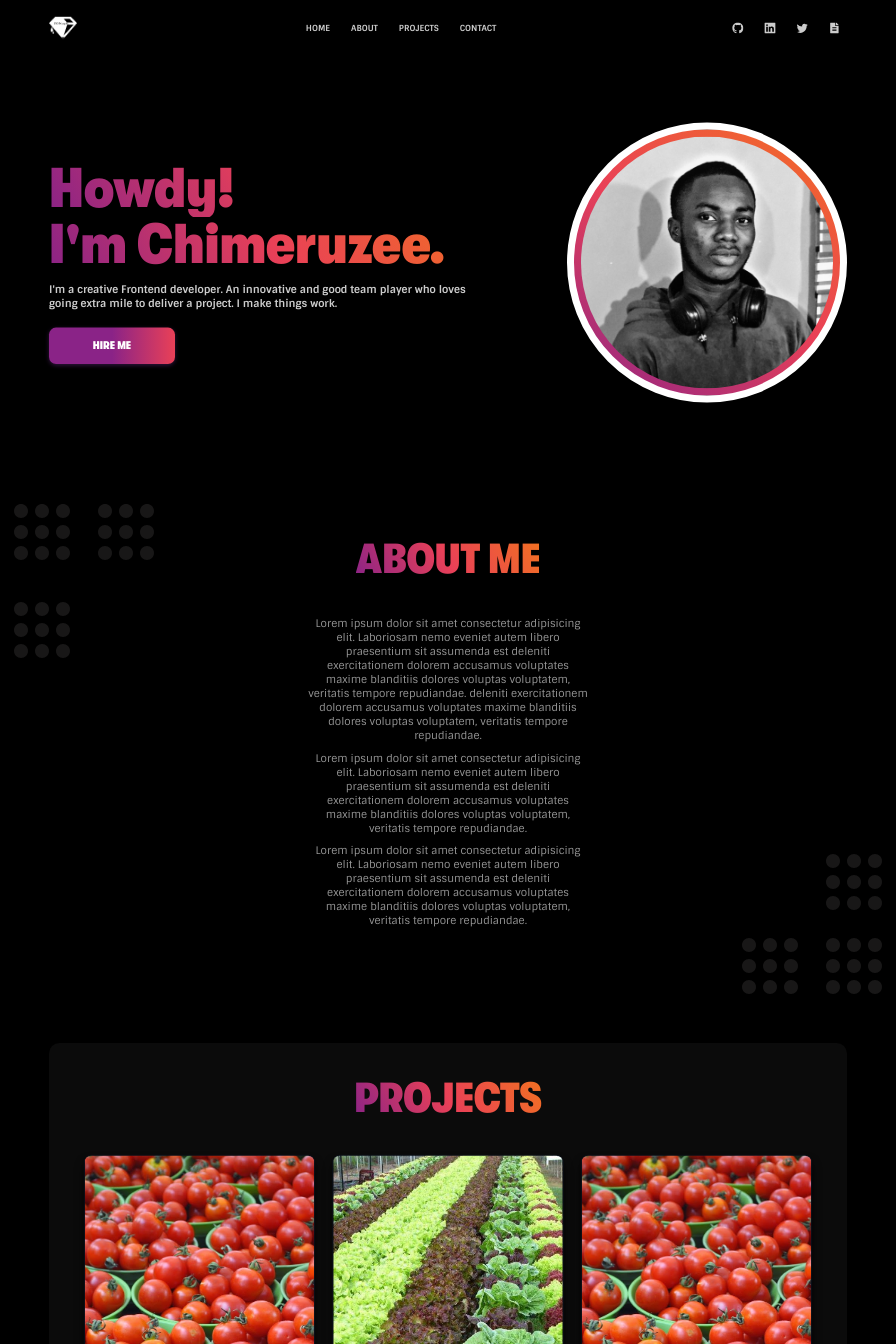
Repository: Ehceyn/ChimeruzeePortfolio
Page: /
These files come from the project's save history. The page is drawn as it stood at one moment and after the next save; the edit follows.
The browser window is 1280 px wide. The pictures show the part of the page from y = 0 to 1920 px (the page is 4486 px tall), at 70% of full size.
The project was rebuilt for these pictures with package versions that can differ from the ones it lists, and the page was loaded fresh each time. The framework's server and built-in components were replaced by stand-ins that run in the browser. Also part of the build but not shown: next.config.js, src/components/Timeline/Timeline.js, src/components/Accomplishments/Accomplishments.js.

Above is the page before, as saved 2022-07-17 17:57:12.

### pages/_app.js
import Layout from "../src/components/Layout/Layout";
import "../styles/global.css";

function MyApp({ Component, pageProps }) {
  return (
    <Layout>
      <Component {...pageProps} />
    </Layout>
  );
}

export default MyApp;

### pages/index.js
import MetaHead from "../src/components/MetaHead/MetaHead";
import Hero from "../src/components/Hero/Hero";
import Projects from "../src/components/Projects/Projects";
import Technologies from "../src/components/Technologies/Technologies";
import Timeline from "../src/components/Timeline/Timeline";
import Accomplishments from "../src/components/Accomplishments/Accomplishments";
import Contact from "../src/components/Contact/Contact";
import Footer from "../src/components/Footer/Footer";
import About from "../src/components/About/About";

export default function Home() {
  return (
    <>
      <MetaHead
        title="Meruzee | Portfolio"
        contentKeyword="web development, react development, frontend development, web design, programming"
        contentDescription="A Web designer and developer's portfolio"
      />
      <Hero />
      <About />
      <Projects />
      <Technologies />
      <Contact />
    </>
  );
}

### src/components/Layout/Layout.js
import React from "react";
import Footer from "../Footer/Footer";
import Header from "../Header/Header";

function Layout({ children }) {
  return (
    <>
      <Header />
      {children}
      <Footer />
    </>
  );
}

export default Layout;

### styles/global.css
@font-face {
  font-family: GTWalsheimPro;
  src: url(/fonts/GTWalsheimPro-CondensedBlack/GTWalsheimPro-CondensedBlack.ttf); /* IE9 Compat Modes */
  src: url(/fonts/GTWalsheimPro-CondensedBlack/GTWalsheimPro-CondensedBlack.ttf?iefix)
      format("embedded-opentype") /* IE6-IE8 */,
    url(/fonts/GTWalsheimPro-CondensedBlack/GTWalsheimPro-CondensedBlack.woff)
      format("woff") /* Super Modern Browsers */,
    url(/fonts/GTWalsheimPro-CondensedBlack/GTWalsheimPro-CondensedBlack.woff2)
      format("woff2") /* Pretty Modern Browsers */,
    url(/fonts/GTWalsheimPro-CondensedBlack/GTWalsheimPro-CondensedBlack.ttf)
      format("truetype"); /* Safari, Android, iOS */
  font-weight: 900;
  font-style: normal;
}

@font-face {
  font-family: Sintony-Bold;
  src: url(/fonts/Sintony/Sintony-Bold.ttf); /* IE9 Compat Modes */
  font-style: normal;
}

@font-face {
  font-family: Sintony-Regular;
  src: url(/fonts/Sintony/Sintony-Regular.ttf); /* IE9 Compat Modes */
  font-style: normal;
}

@tailwind base;
@tailwind components;
@tailwind utilities;

* {
  box-sizing: border-box;
  -webkit-tap-highlight-color: transparent;
  margin: 0;
  padding: 0;
}

*:hover {
  -webkit-tap-highlight-color: transparent;
}

html {
  font-size: 62.5%;
  scroll-behavior: smooth;
  background: black;
}
body {
  font-family: Sintony-Regular, "Segoe UI", sans-serif;
  font-size: 1.6rem;
  background: black;
  color: #ccc;
  cursor: default;
  max-width: 1700px;
  margin: auto;
}
h1 {
  width: 100%;
  height: fit-content;
  color: gray;
  background: -webkit-linear-gradient(210deg, #f27121, #e94057, #8a2387);
  -webkit-background-clip: text;
  -webkit-text-fill-color: transparent;
  flex-wrap: wrap;
}
h2 {
  display: flex;
  align-items: center;
  width: fit-content;
  height: fit-content;
  color: gray;
  background: -webkit-linear-gradient(210deg, #f27121, #e94057, #8a2387);
  -webkit-background-clip: text;
  -webkit-text-fill-color: transparent;
  flex-wrap: wrap;
}
h3 {
  font-family: Sintony-Bold, "Segoe UI", sans-serif;
  line-height: 1.2;
  color: #999;
}

h4 {
  font-family: Sintony-Bold, "Segoe UI", sans-serif;
  line-height: 1.2;
  color: #ccc;
}

p,
a {
  font-size: 0.8em;
  color: #999;
  line-height: 1.5;
}

h1,
h2,
h5,
h6,
button {
  font-family: GTWalsheimPro, "Segoe UI", sans-serif;
  moz-transition: all 0.4s ease-in-out;
  -o-transition: all 0.4s ease-in-out;
  -webkit-transition: all 0.4s ease-in-out;
  transition: all 0.4s ease-in-out;
}
button:focus {
  outline: none;
}

.buttonGrad {
  box-shadow: 0 2px 6px 0 rgb(126 52 161 / 39%);
  background-image: linear-gradient(to left, #e94057, #8a2387, #8a2387);
  background-size: 100% auto;
  transition: all 0.4s ease-in-out;
}

/* .buttonGrad:hover {
  background: linear-gradient(210deg, #e94057, #8a2387);
  background-position: 100% 0;
  moz-transition: all 0.4s ease-in-out;
  -o-transition: all 0.4s ease-in-out;
  -webkit-transition: all 0.4s ease-in-out;
  transition: all 0.4s ease-in-out;
} */

.btn-grad {
  background-image: linear-gradient(
    to right,
    #aa076b 0%,
    #61045f 51%,
    #aa076b 100%
  );
  margin: 10px;
  padding: 15px 45px;
  text-align: center;
  text-transform: uppercase;
  transition: 0.5s;
  background-size: 200% auto;
  color: white;
  box-shadow: 0 0 20px #eee;
  border-radius: 10px;
  display: block;
}

.buttonGrad:hover {
  background-position: right center; /* change the direction of the change here */
  color: #fff;
  text-decoration: none;
}

.card-text {
  overflow: hidden;
  text-overflow: ellipsis;
  display: -webkit-box;
  -webkit-line-clamp: 3; /* number of lines to show */
  -webkit-box-orient: vertical;
}

nav .navlinks {
  display: flex;
  align-items: center;
  width: fit-content;
  height: inherit;
  text-transform: uppercase;
  font-size: 12px;
  font-family: Sintony-Bold, "Segoe UI", sans-serif;
  cursor: pointer;
}

nav .navlinks:focus {
  color: #0070fdff;
}

a {
  text-decoration: none;
  display: block;
}
li {
  list-style: none;
}

.sectionStyle {
  display: flex;
  align-items: center;
  width: 100%;
  height: fit-content;
  padding: 30px 100px;
}

/* Linear Gradient background for hero image */
.background {
  background: -webkit-linear-gradient(210deg, #f27121, #e94057, #8a2387);
}
/* Linear Gradient Border for hero image */
.border-gradient {
  background: linear-gradient(210deg, #0070fdff, #d50098ff, #fd2828) border-box,
    linear-gradient(210deg, #0070fdff, #d50098ff, #fd2828) padding-box;
}

.hero {
  /* position: relative; */
  z-index: 10;
  background-color: rgba(179, 174, 174, 0.562);
}

/* .hero::before {
  content: "";
  background-size: cover;
  position: absolute;
  z-index: -1;
  top: 0px;
  right: 0px;
  bottom: 0px;
  left: 0px;
  opacity: 0.95;
  background: url("/images/meruz-bw.jpg") no-repeat center/cover;
} */
.contact {
  position: absolute;
  z-index: 3;
}
.contact2 {
  content: "";
  position: absolute;
  height: 400px;
  width: 400px;
  border-radius: 50%;
  right: -100px;
  background: -webkit-linear-gradient(
    210deg,
    rgba(0, 114, 253, 0.212),
    rgba(213, 0, 153, 0.26),
    #fd282833
  );
}

/*
   accent1: "hsl(34.9,98.6%,72.9%)",
    button: "hsl(205.1,100%,36.1%)",
    background2: "hsl(232.7,27.3%,23.7%)", */
/* Track */
body::-webkit-scrollbar-track {
  box-shadow: inset 0 0 0px;
  @apply bg-[#222];
  border-radius: none;
}

/* Handle */
body::-webkit-scrollbar-thumb {
  background: #777;
  border-radius: 10px;
}

* {
  scrollbar-width: 10px;
}

/* Handle on hover */
body::-webkit-scrollbar-thumb:hover {
  background: #999;
}

/* Style the other scrollbar  with className  */
::-webkit-scrollbar {
  width: 10px;
}

/* Track */
::-webkit-scrollbar-track {
  box-shadow: inset 0 0 0px;
  @apply bg-transparent;
  border-radius: none;
}

/* Handle */
::-webkit-scrollbar-thumb {
  background: rgba(85, 85, 85, 0.158);
  border-radius: 10px;
}

* {
  scrollbar-width: 10px;
}

/* Handle on hover */
::-webkit-scrollbar-thumb:hover {
  background: rgba(85, 85, 85, 0.158);
}

### src/components/MetaHead/MetaHead.js
import Head from "next/head";

import React from "react";

function MetaHead(props) {
  return (
    <Head>
      <title>{props.title}</title>
      <meta name="description" content={props.contentKeyword} />
      <meta name="keywords" content={props.contentDescription} />
      <link rel="icon" href="/favicon.ico" />
    </Head>
  );
}

export default MetaHead;

### src/components/Hero/Hero.js
import React, { useState } from "react";
import { motion } from "framer-motion";
import Image from "next/image";
import { heroImage } from "../../../animations/animation";

function Hero() {
  const [degree, setDegree] = useState(210);
  setTimeout(() => {
    setInterval(() => {
      if (degree <= 360) {
        setDegree(degree + 5);
      } else {
        setDegree(0);
      }
    }, 1000);
  }, 5000);

  /* Linear Gradient Border for hero image */
  const borderGradient = {
    background: `linear-gradient(${degree}deg, #f27121, #e94057, #8a2387
) border-box, linear-gradient(${degree}deg, #f27121, #e94057, #8a2387
) padding-box`,
  };

  return (
    <section className="flex flex-col-reverse md2:flex-row md2:justify-between justify-center items-center w-full min-h-[100vh]  pt-[80px] pb-20 px-5 md:px-[40px] lg:px-[70px] ">
      {/* <video
        src="/video/vid.mp4"
        className="absolute t-0 inset-x-0 "
        autoPlay
        loop
        muted
      ></video> */}
      <div className="w-fit text-center md2:text-left leading-loose md2:mr-[100px] mt-[40px] md2:mt-0">
        <h1 className="text-7xl md2:text-8xl lg:text-9xl">Howdy! </h1>
        <h1 className="text-7xl md2:text-8xl lg:text-9xl">
          I&apos;m Chimeruzee.
        </h1>
        <h4 className="flex items-center w-fit  font-bold max-w-[800px] h-fit py-5 text-2xl md2:text-2xl md2:px-0 px-5">
          I&apos;m a creative Frontend developer. An innovative and good team
          player who loves going extra mile to deliver a project. I make things
          work.
        </h4>
        <button
          type="button"
          className="text-white buttonGrad mt-5 focus:outline-none uppercase rounded-2xl w-[180px] py-4 text-center"
        >
          hire me
        </button>
      </div>

      <div className="max-w-[250px] min-w-[250px] md2:max-w-[350px] md2:min-w-[350px] lg:max-w-[400px] lg:min-w-[400px] object-contain ">
        <motion.div
          initial="initial"
          animate="animate"
          transition="transition"
          className="border-[7px] md2:border-[10px] border-white rounded-full object-cover flex justify-center items-center p-[7px] md2:p-[10px] "
          style={borderGradient}
        >
          <Image
            src="/images/meruz-bw.jpg"
            width="400"
            height="400"
            alt="Chimeruzee"
            objectFit="cover"
            className="rounded-full background"
          />
        </motion.div>
      </div>
    </section>
  );
}

export default Hero;

### src/components/Technologies/Technologies.js
import React from "react";
import Image from "next/image";

function Technologies() {
  return (
    <section className="md2:px-[70px]">
      <div className=" w-full min-h-[80vh] h-fit py-20">
        <article className="w-full flex justify-center mb-20">
          <h2 className="text-5xl md2:text-6xl lg:text-8xl">TECHNOLOGIES</h2>
        </article>
        <div className="w-full grid grid-cols-2 sm:grid-cols-3 md2:grid-cols-4 gap-x-4 gap-y-10 px-5">
          {[
            { src: "/images/html.png", name: "HTML" },
            { src: "/images/css.png", name: "CSS" },
            { src: "/images/js.png", name: "JavaScript" },
            { src: "/images/react.png", name: "react" },
            { src: "/images/nodejs.png", name: "nodeJS" },
            { src: "/images/nextjs.svg", name: "nextJS" },
            { src: "/images/GraphQL-logo.png", name: "graphQL" },
            { src: "/images/redux.png", name: "Redux" },
            { src: "/images/mongodb.png", name: "MongoDB" },
            { src: "/images/firebase.png", name: "Firebase" },
            { src: "/images/git.png", name: "Git" },
            { src: "/images/tailwind.png", name: "Tailwind" },
          ].map((r, index) => (
            <div
              key={r.name}
              className="group flex flex-col justify-center items-center shadow-xl shadow-black bg-[#2020205b] py-7 px-12 rounded-lg mx-auto"
            >
              <Image
                src={r.src || "/images/GraphQL-logo.png"}
                alt=""
                width={70}
                height={70}
                objectFit="contain"
              />
              <h4 className="mt-5 text-2xl font-bold tracking-tight capitalize">
                {r.name}
              </h4>
            </div>
          ))}
        </div>
        <article className="w-full flex justify-center mt-20">
          <button className="group bg-transparent py-2 px-4 uppercase inline-flex items-center">
            View all technologies
            <svg
              className="ml-2 -mr-1 w-7 h-7 group-hover:translate-x-1 transition-all duration-200"
              fill="currentColor"
              viewBox="0 0 20 20"
              xmlns="http://www.w3.org/2000/svg"
            >
              <path
                fillRule="evenodd"
                d="M10.293 3.293a1 1 0 011.414 0l6 6a1 1 0 010 1.414l-6 6a1 1 0 01-1.414-1.414L14.586 11H3a1 1 0 110-2h11.586l-4.293-4.293a1 1 0 010-1.414z"
                clipRule="evenodd"
              ></path>
            </svg>
          </button>
        </article>
      </div>
    </section>
  );
}

export default Technologies;

### src/components/About/About.jsx
import React from "react";
import { CgMenuGridO } from "react-icons/cg";

function About() {
  return (
    <section className="">
      <div className=" w-full min-h-[100vh] h-fit py-20 relative ">
        <section className=" w-full  ">
          <article className="w-full flex justify-center mb-10 md:mb-20">
            <h2 className="text-5xl md2:text-6xl lg:text-8xl">ABOUT ME</h2>
          </article>
          <div className="w-full flex flex-col items-center space-y-5 px-7 md2:px-0">
            <p className="text-[#999] text-2xl max-w-[400px] text-center ">
              Lorem ipsum dolor sit amet consectetur adipisicing elit.
              Laboriosam nemo eveniet autem libero praesentium sit assumenda est
              deleniti exercitationem dolorem accusamus voluptates maxime
              blanditiis dolores voluptas voluptatem, veritatis tempore
              repudiandae. deleniti exercitationem dolorem accusamus voluptates
              maxime blanditiis dolores voluptas voluptatem, veritatis tempore
              repudiandae.
            </p>
            <p className="text-[#999] text-2xl max-w-[400px] text-center">
              Lorem ipsum dolor sit amet consectetur adipisicing elit.
              Laboriosam nemo eveniet autem libero praesentium sit assumenda est
              deleniti exercitationem dolorem accusamus voluptates maxime
              blanditiis dolores voluptas voluptatem, veritatis tempore
              repudiandae.
            </p>
            <p className="text-[#999] text-2xl max-w-[400px] text-center">
              Lorem ipsum dolor sit amet consectetur adipisicing elit.
              Laboriosam nemo eveniet autem libero praesentium sit assumenda est
              deleniti exercitationem dolorem accusamus voluptates maxime
              blanditiis dolores voluptas voluptatem, veritatis tempore
              repudiandae.
            </p>
          </div>
        </section>

        <section className="absolute top-0 w-full">
          <div className="w-full relative min-h-[100vh]">
            <div className="absolute top-0 left-0">
              <div className="flex transform -translate-y-8">
                <CgMenuGridO className="text-[80px] md2:text-[120px] text-[#46444456]" />
                <CgMenuGridO className="text-[80px] md2:text-[120px] text-[#46444456]" />
              </div>
              <div>
                <CgMenuGridO className="text-[80px] md2:text-[120px] text-[#46444456]" />
              </div>
            </div>
            <div className="absolute bottom-0 right-0">
              <div className="w-full flex justify-end">
                <CgMenuGridO className="text-[80px] md2:text-[120px] text-[#46444456]" />
              </div>
              <div className="flex">
                <CgMenuGridO className="text-[80px] md2:text-[120px] text-[#46444456]" />
                <CgMenuGridO className="text-[80px] md2:text-[120px] text-[#46444456]" />
              </div>
            </div>
          </div>
        </section>
      </div>
    </section>
  );
}

export default About;

### animations/animation.js
export const heroImage = {
  initial: {
    rotate: 0,
    // x: -100
  },
  animate: {
    rotate: 180,
    // x: 100
  },
  transition: {
    type: "tween",
    ease: "easeInOut",
    repeat: "Infinity",
    duration: 0.2,
  },
};

### tailwind.config.js
/** @type {import('tailwindcss').Config} */
module.exports = {
  mode: "jit",
  content: ["./src/**/*.{js,jsx,ts,tsx}", "./pages/**/*.{js,jsx,ts,tsx}"],
  theme: {
    extend: {},
    screens: {
      xs: "460px",
      // => @media (min-width: 460px) { ... }
      sm: "640px",
      // => @media (min-width: 640px) { ... }

      md: "768px",
      // => @media (min-width: 768px) { ... }

      md2: "960px",
      // => @media (min-width: 1000px) { ... }

      lg: "1220px",
      // => @media (min-width: 1220px) { ... }

      xl: "1280px",
      // => @media (min-width: 1280px) { ... }

      "2xl": "1536px",
      // => @media (min-width: 1536px) { ... }
    },
  },
  plugins: [],
};

Loaded but not shown: pages/_document.js (common file); src/components/Contact/Contact.js (112 lines, source omitted); src/components/Projects/Projects.js (90 lines, source omitted); src/components/Header/Header.js (84 lines, source omitted); src/components/Footer/Footer.js (89 lines, source omitted)

After the next save:
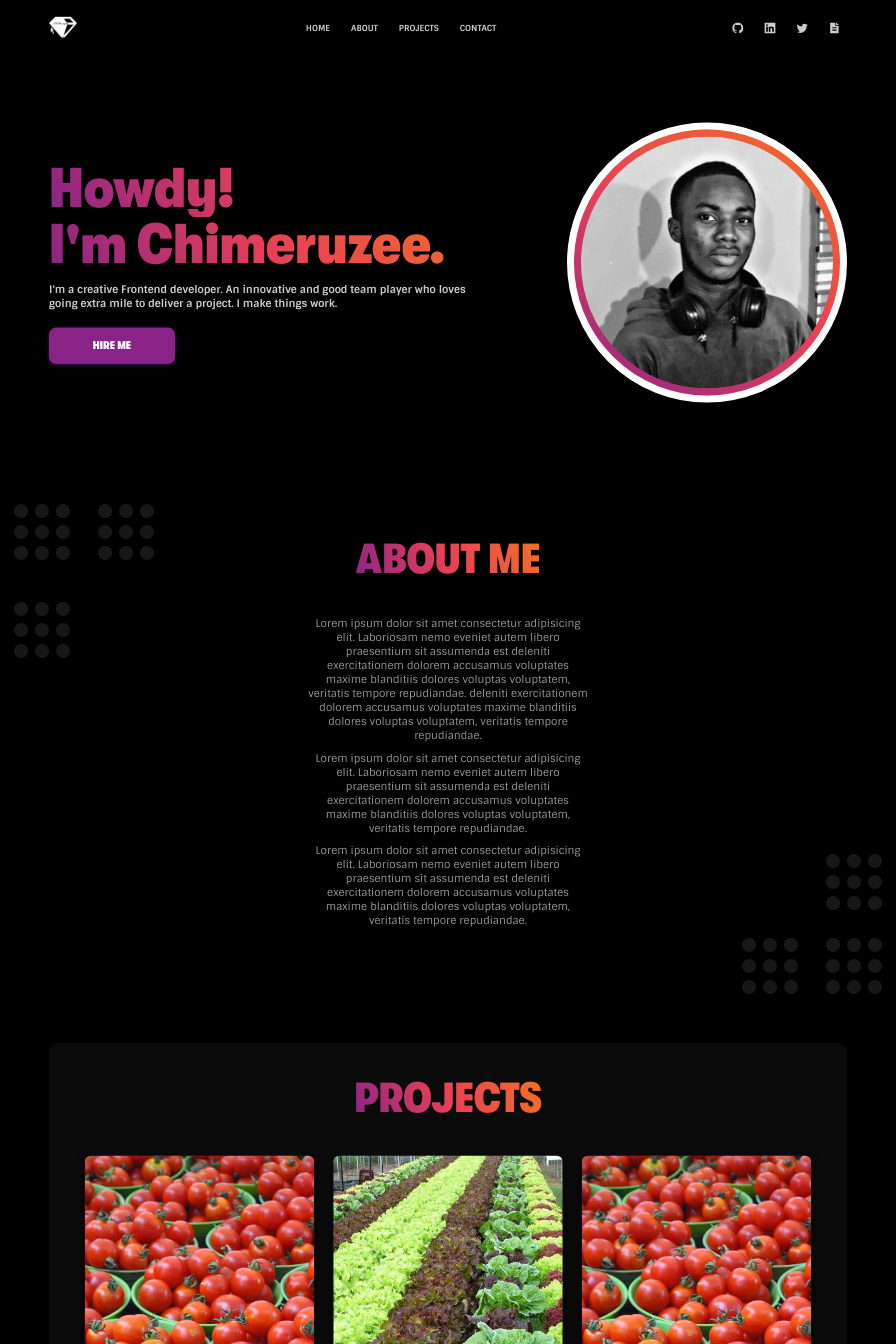
Saved 17 s later.
--- a/styles/global.css
+++ b/styles/global.css
@@ -111,7 +111,7 @@
 .buttonGrad {
   box-shadow: 0 2px 6px 0 rgb(126 52 161 / 39%);
   background-image: linear-gradient(to left, #e94057, #8a2387, #8a2387);
-  background-size: 100% auto;
+  background-size: 200% auto;
   transition: all 0.4s ease-in-out;
 }
 

After the save that followed:
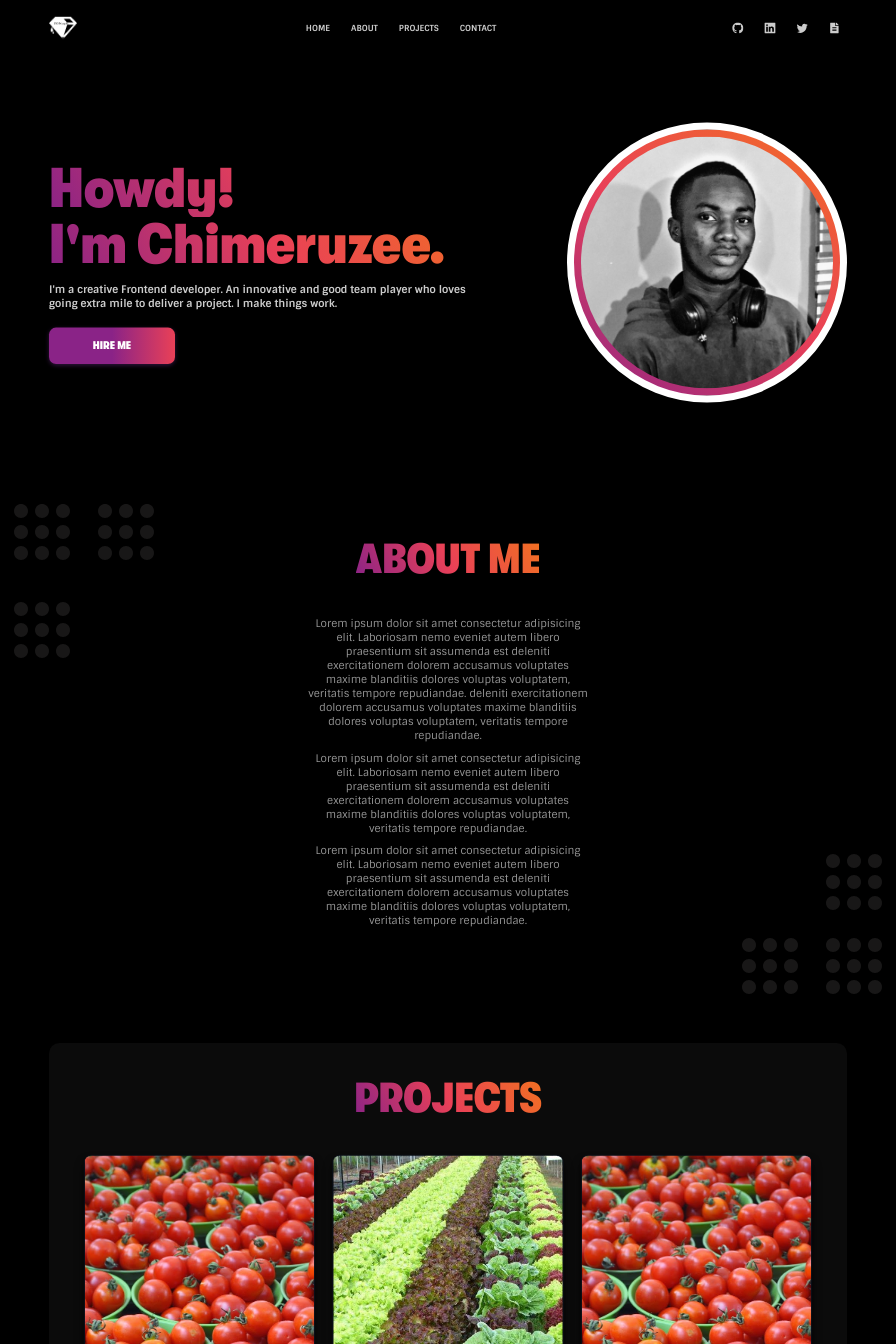
Saved 14 s later.
--- a/styles/global.css
+++ b/styles/global.css
@@ -111,7 +111,7 @@
 .buttonGrad {
   box-shadow: 0 2px 6px 0 rgb(126 52 161 / 39%);
   background-image: linear-gradient(to left, #e94057, #8a2387, #8a2387);
-  background-size: 200% auto;
+  /* background-size: 200% auto; */
   transition: all 0.4s ease-in-out;
 }
 
